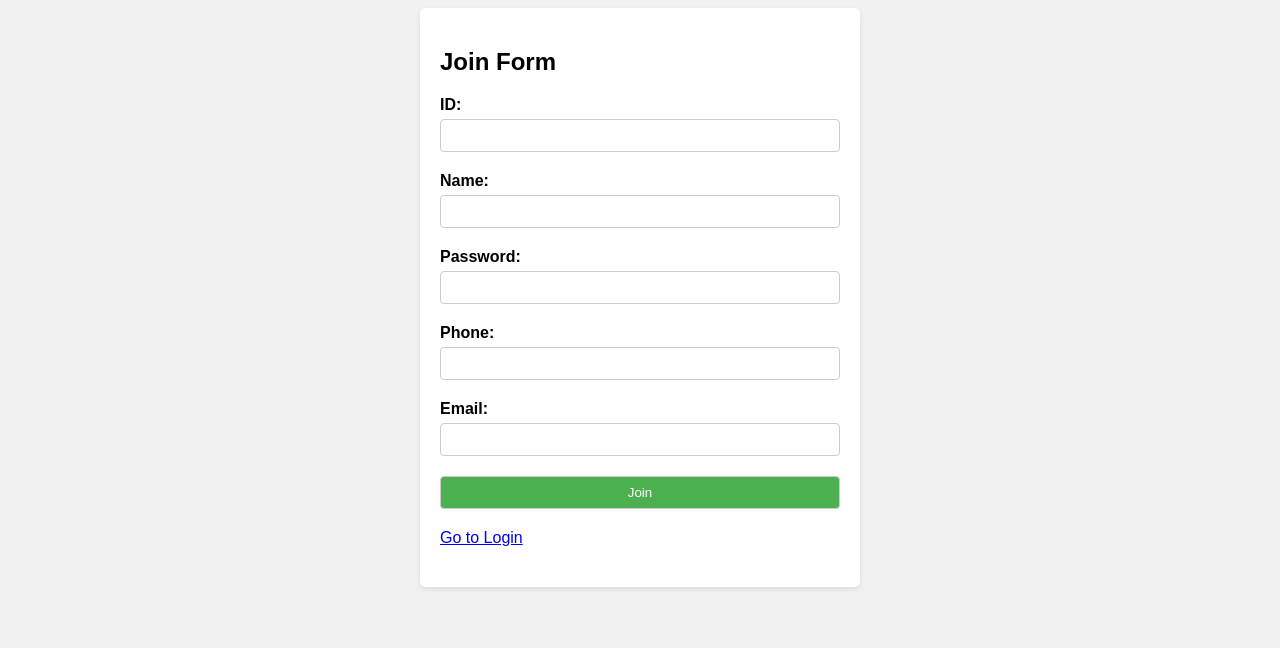
Repository: i-kemen/jsp
Page: WebTest/src/main/webapp/join.html
The author's editor kept a copy of each file at every save. The page is drawn from the files as they stood at one save, then again after the next save.
The browser window is 1280 px wide. The pictures show the whole page.

Above is the page before, as saved 2023-06-26 11:03:13.

### WebTest/src/main/webapp/join.html
<!DOCTYPE html>
<html>
<head>
    <meta charset="UTF-8">
    <title>Join Form</title>
    <style>
        body {
            font-family: Arial, sans-serif;
            background-color: #f1f1f1;
        }

        .container {
            max-width: 400px;
            margin: 0 auto;
            padding: 20px;
            background-color: #fff;
            border-radius: 5px;
            box-shadow: 0 2px 5px rgba(0, 0, 0, 0.1);
        }

        .form-group {
            margin-bottom: 20px;
        }

        .form-group label {
            display: block;
            margin-bottom: 5px;
            font-weight: bold;
        }

        .form-group input {
            width: 100%;
            padding: 8px;
            border: 1px solid #ccc;
            border-radius: 4px;
            box-sizing: border-box;
        }

        .form-group input[type="submit"] {
            background-color: #4CAF50;
            color: #fff;
            cursor: pointer;
        }

        .form-group input[type="submit"]:hover {
            background-color: #45a049;
        }

        .error-message {
            color: #ff0000;
            margin-top: 5px;
        }


         .form-group a.login-link {
            background-color: #ff7f50;
        }

        .form-group a.login-link:hover {
            background-color: #ff6347;
        }

    </style>
    <script>
        function validateForm() {
            var password = document.getElementById("password").value;
            var phone = document.getElementById("phone").value;
            var email = document.getElementById("email").value;
            var passwordPattern = /^(?=.*[a-zA-Z])(?=.*[0-9]).{4,}$/;
            var phonePattern = /^010-\d{4}-\d{4}$/;
            var emailPattern = /^\w+([\.-]?\w+)*@\w+([\.-]?\w+)*(\.\w{2,3})+$/;

            if (!passwordPattern.test(password)) {
                alert("비밀번호는 영문과 숫자를 혼합하여 최소 4글자 이상으로 입력해주세요.");
                return false;
            }

            if (!phonePattern.test(phone)) {
                alert("전화번호를 010-0000-0000 형식으로 입력해주세요.");
                return false;
            }

            if (!emailPattern.test(email)) {
                alert("유효한 이메일 주소를 입력해주세요.");
                return false;
            }

            return true;
        }
    </script>
</head>
<body>
    <div class="container">
        <h2>Join Form</h2>
        <form method="post" action="JoinOk" onsubmit="return validateForm()">
            <div class="form-group">
                <label for="id">ID:</label>
                <input type="text" id="id" name="id" required>
            </div>
            <div class="form-group">
                <label for="name">Name:</label>
                <input type="text" id="name" name="name" required>
            </div>
            <div class="form-group">
                <label for="password">Password:</label>
                <input type="password" id="password" name="password" required>
            </div>
            <div class="form-group">
                <label for="phone">Phone:</label>
                <input type="text" id="phone" name="phone" required>
            </div>
            <div class="form-group">
                <label for="email">Email:</label>
                <input type="email" id="email" name="email" required>
            </div>
            <div class="form-group">
                <input type="submit" value="Join">
            </div>
        </form>
        <div class="form-group">
            <a href="login.html">Go to Login</a>
        </div>
    </div>
</body>
</html>

After the next save:
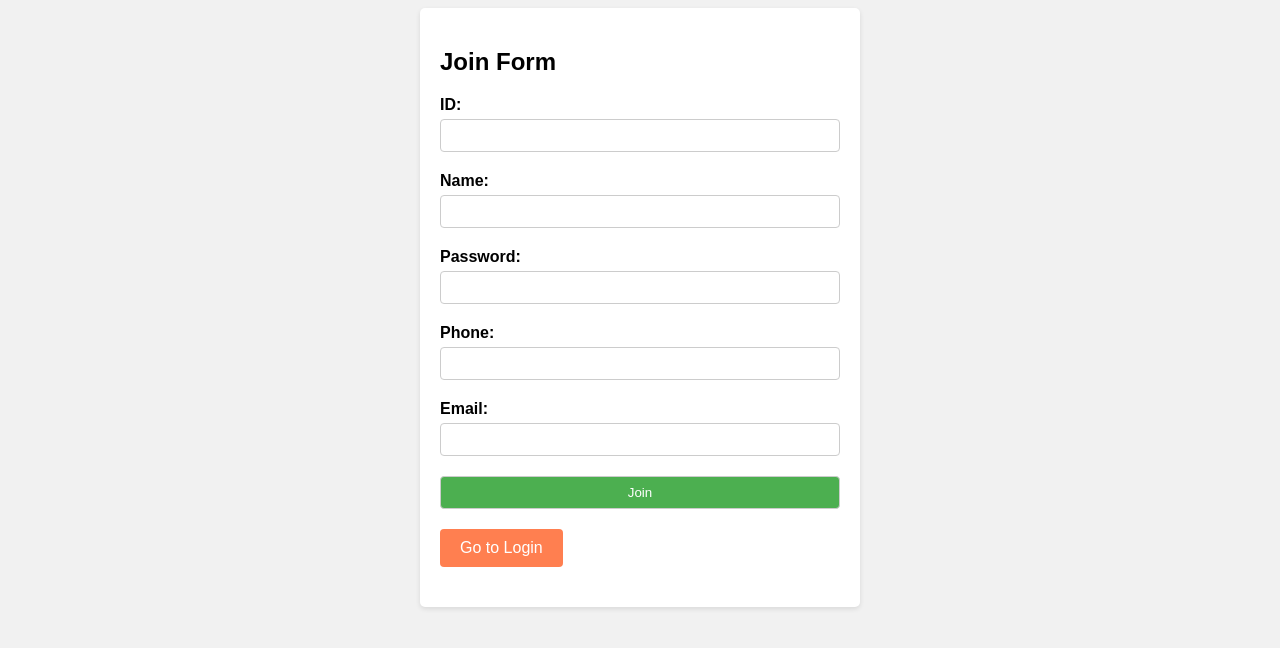
Saved 29 s later.
--- a/WebTest/src/main/webapp/join.html
+++ b/WebTest/src/main/webapp/join.html
@@ -51,15 +51,27 @@
             margin-top: 5px;
         }
 
+        .form-group a {
+            display: inline-block;
+            background-color: #007bff;
+            color: #fff;
+            padding: 10px 20px;
+            border-radius: 4px;
+            text-decoration: none;
+        }
 
-         .form-group a.login-link {
+        .form-group a:hover {
+            background-color: #0069d9;
+        }
+
+        /* 수정된 부분 */
+        .form-group a.login-link {
             background-color: #ff7f50;
         }
 
         .form-group a.login-link:hover {
             background-color: #ff6347;
         }
-
     </style>
     <script>
         function validateForm() {
@@ -117,8 +129,9 @@
                 <input type="submit" value="Join">
             </div>
         </form>
+
         <div class="form-group">
-            <a href="login.html">Go to Login</a>
+            <a href="login.html" class="login-link">Go to Login</a>
         </div>
     </div>
 </body>
